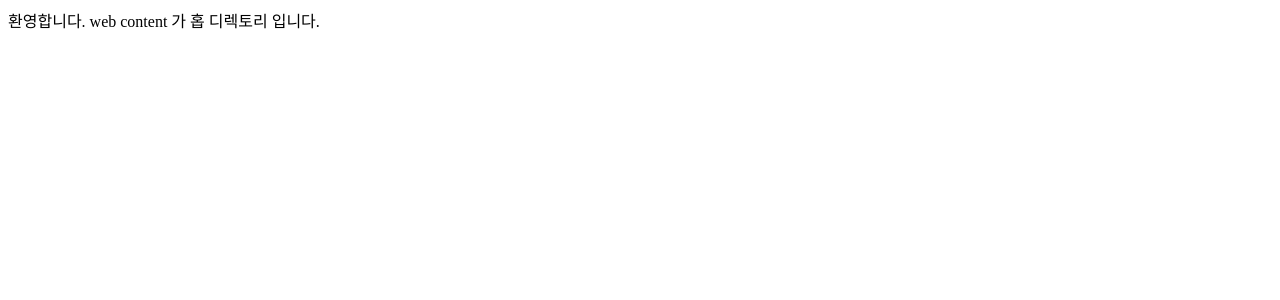
Repository: SongYG77/JSP-Servlet-practice
Page: JSPPrj/WebContent/index.html
An editor plug-in stored every save of this project. The page is shown before and after the next save, followed by the edit.
The browser window is 1280 px wide. The pictures show the whole page.

Above is the page before, as saved 2021-01-19 05:38:13.

After the next save:
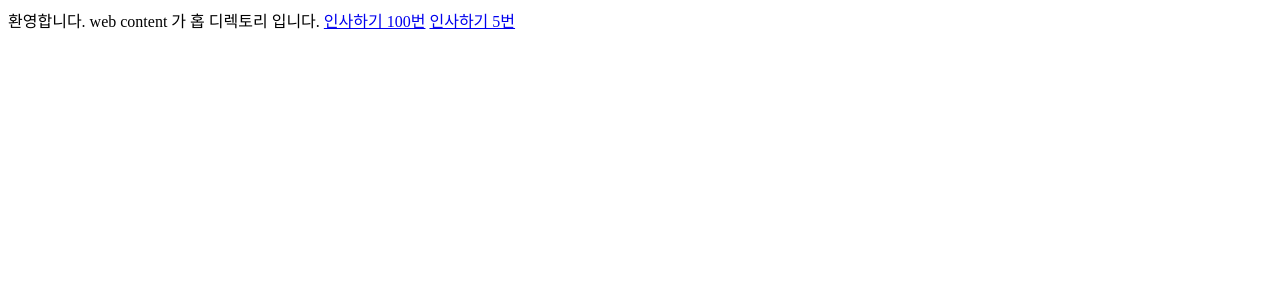
Saved 2 min 59 s later.
--- a/JSPPrj/WebContent/index.html
+++ b/JSPPrj/WebContent/index.html
@@ -6,5 +6,7 @@
 </head>
 <body>
 	환영합니다. web content 가 홉 디렉토리 입니다.
+	<a href = "hi">인사하기 100번</a>
+	<a href = "hi?cnt=5">인사하기 5번</a>
 </body>
 </html>
